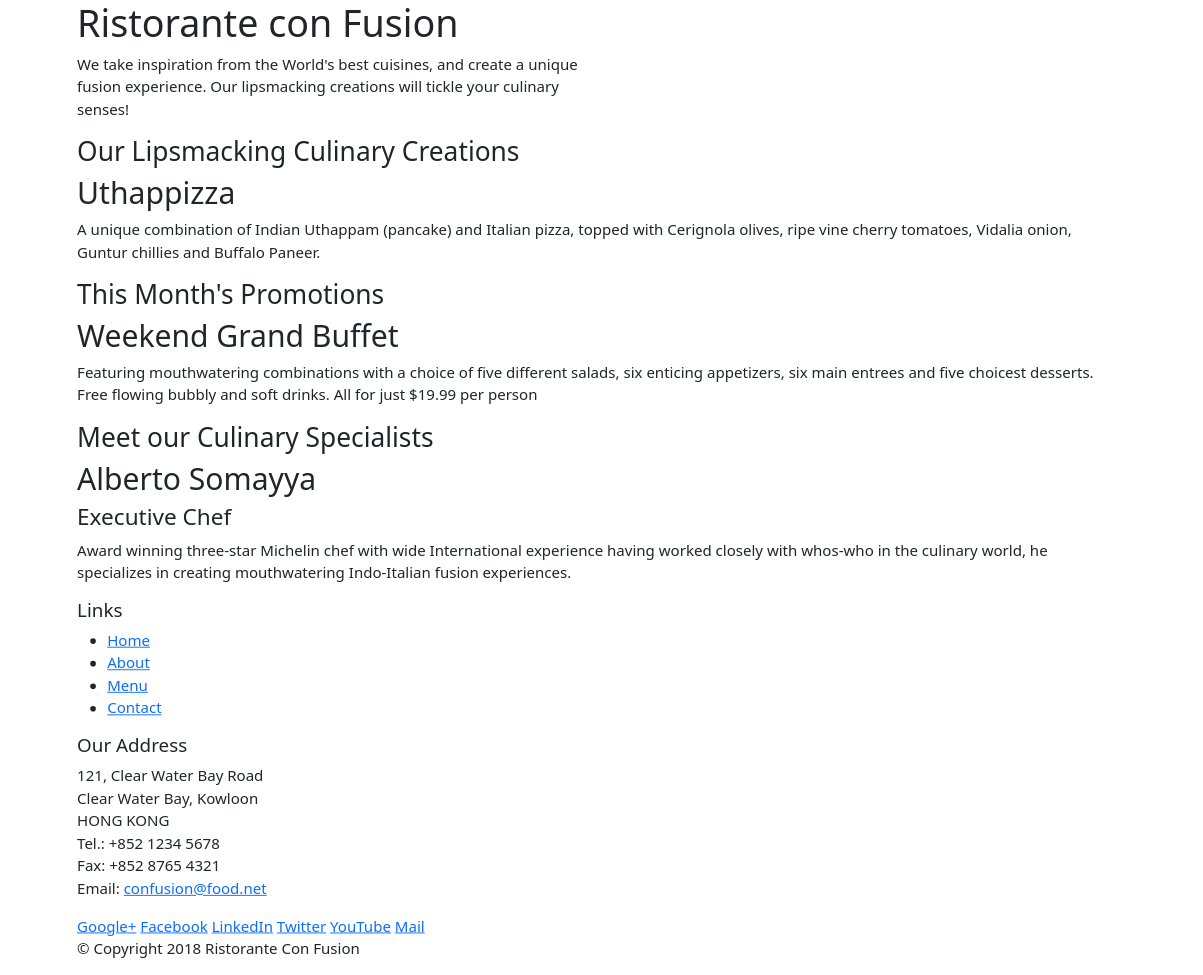
Repository: GiaBaooLe/Reactjs
Page: index.html
These files come from the project's save history. The page is drawn as it stood at one moment and after a run of saves; the edit follows.
The browser window is 1280 px wide. The pictures show the whole page, at 94% of full size.
Some web libraries are served in a nearby version.

Above is the page before, as saved 2023-09-12 13:53:46.

After the next 2 saves:
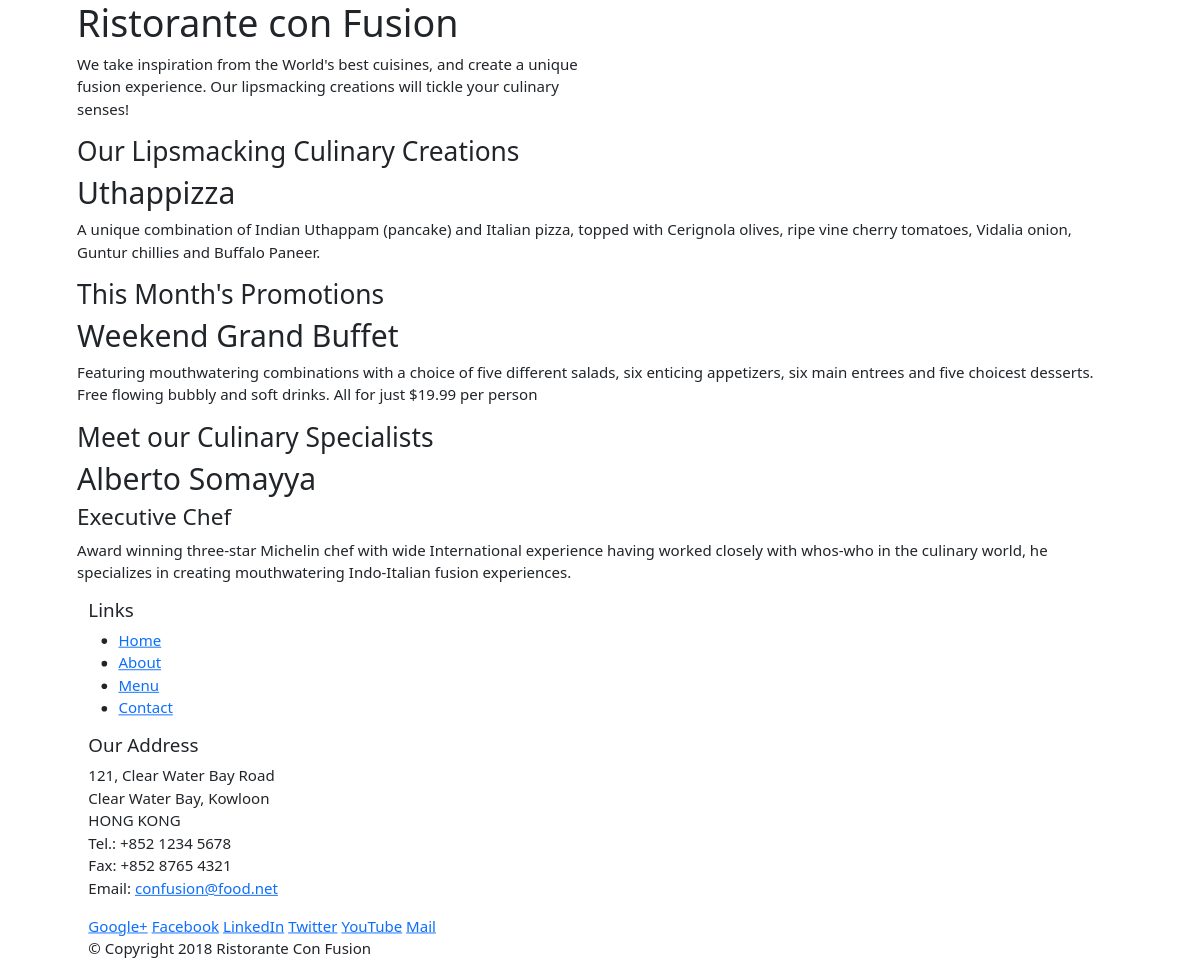
The 2 saves are shown as one change because they came seconds apart.
The last was saved 7 s later.
--- a/index.html
+++ b/index.html
@@ -40,7 +40,7 @@
     </header>
 
     <div class="container">
-        <div class="row"></div>
+        <div class="row">
       <div>
         <div>
           <h3>Our Lipsmacking Culinary Creations</h3>

After the save that followed:
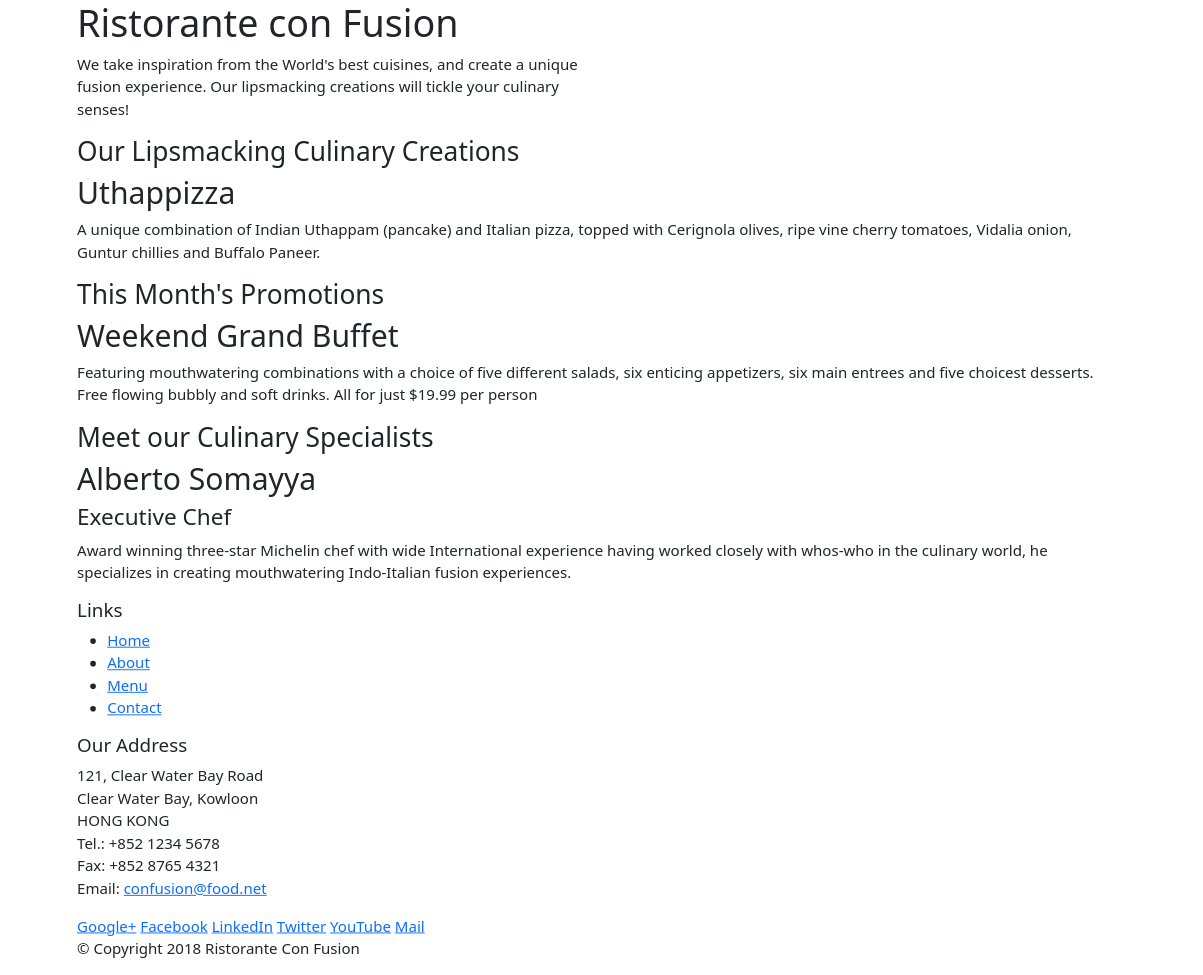
Saved 6 s later.
--- a/index.html
+++ b/index.html
@@ -87,6 +87,7 @@
         </div>
       </div>
     </div>
+    </div>
 </div>
 
     <footer>
